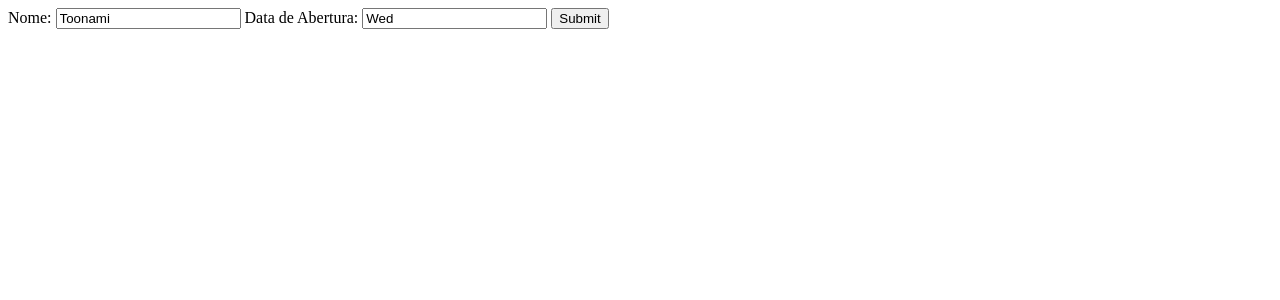
Repository: rodrigo-peddinghausen/java-servelet
Page: http://localhost/gerenciador/mostraEmpresa?id=1
These files come from the project's save history. The page is drawn as it stood at one moment and after the next save; the edit follows.
The browser window is 1280 px wide. The pictures show the whole page.
The page is served by Tomcat 9.

Above is the page before, as saved 2021-05-01 16:25:19.

After the next save:
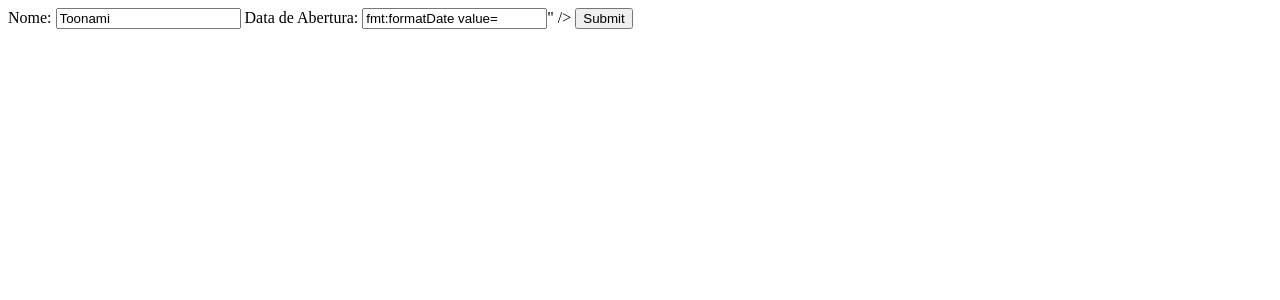
Saved 112 s later.
--- a/gerenciador/WebContent/formAlteraEmpresa.jsp
+++ b/gerenciador/WebContent/formAlteraEmpresa.jsp
@@ -11,7 +11,7 @@
 
 	<form action="${ linkServletNovaEmpresa }" method="post"> <!-- O "action" defina a url pra onde vocêe vai enviar a requisição ao subter o formulário. E o "name" é o nome do parametro -->
 		Nome: <input type="text" name="nome" value=${ empresa.nome } />
-		Data de Abertura: <input type="text" name="data" value=${ empresa.dataAbertura } />
+		Data de Abertura: <input type="text" name="data" value="fmt:formatDate value="${ empresa.dataAbertura }" pattern="dd/MM/yyyy" />"  />
 		<input type="submit" />
 	</form>
 </body>
